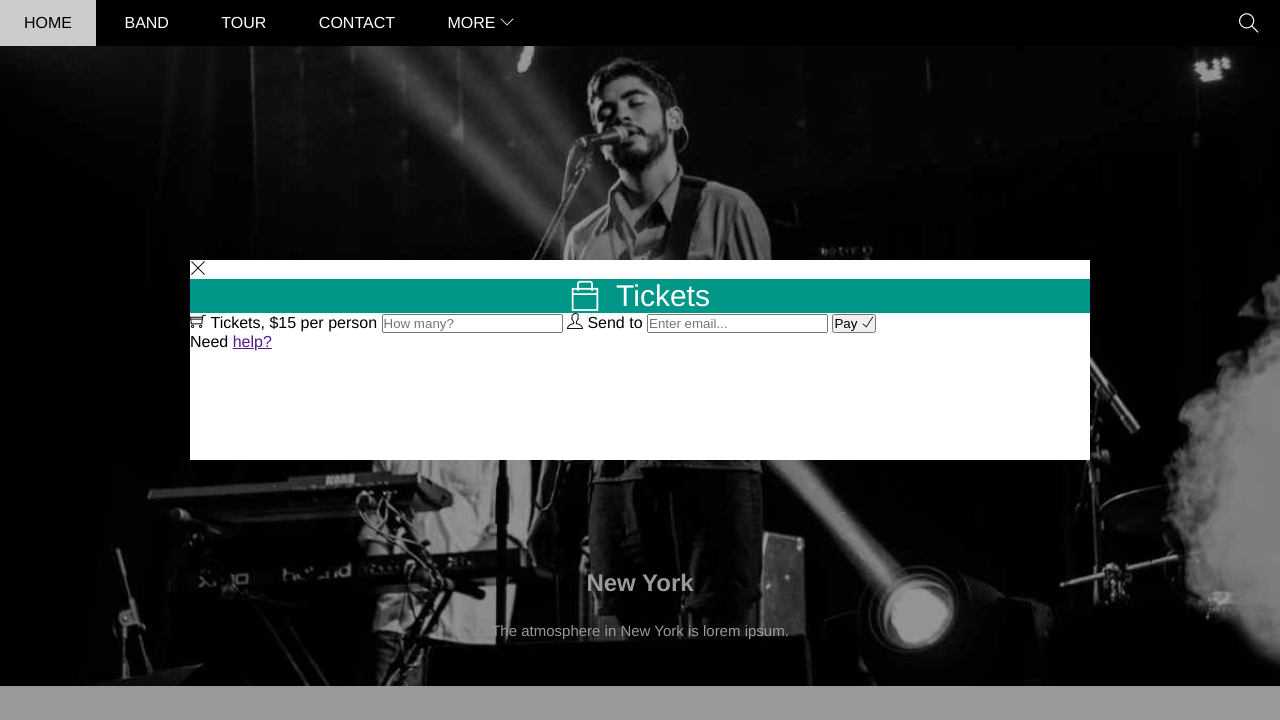
Repository: vophuocthanh/phuocthanhk03
Page: index.html
An editor plug-in stored every save of this project. The page is shown before and after the next save, followed by the edit.
The browser window is 1280 px wide. The pictures show the window.
A layer covers the whole window, so only the first screen is drawn.

Above is the page before, as saved 2022-03-25 22:09:01.

After the next save:
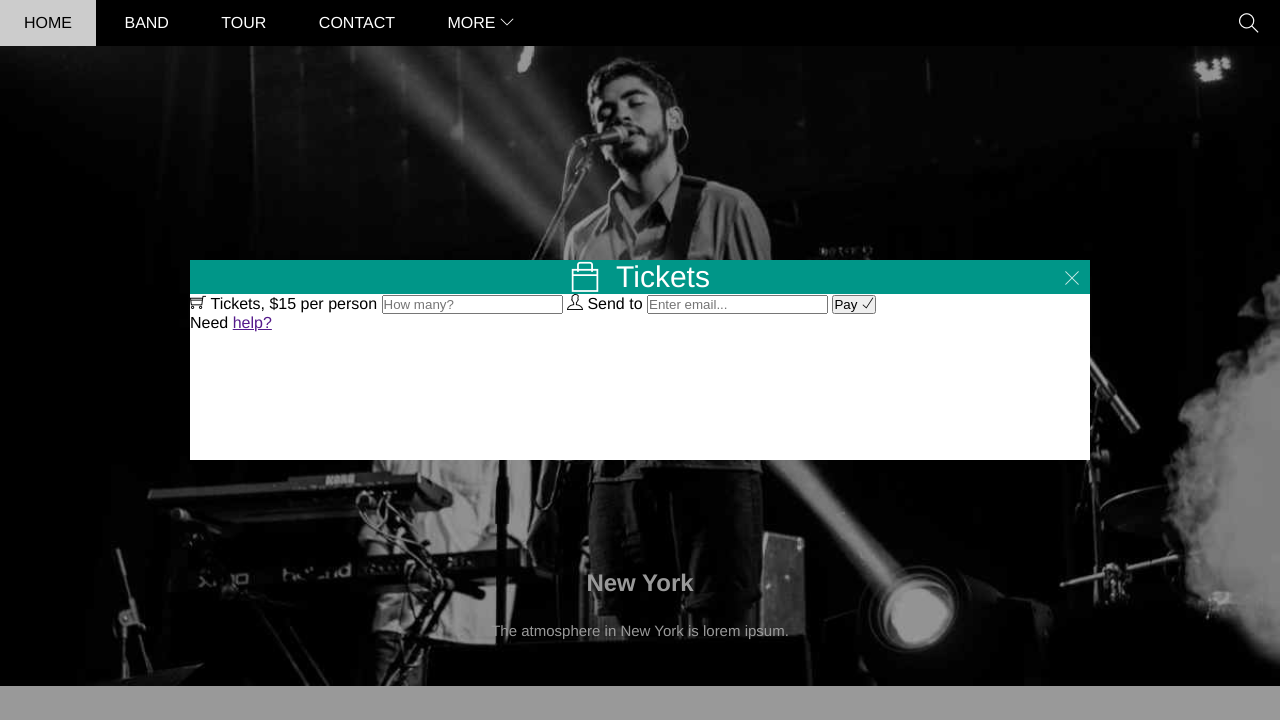
Saved 5 min 9 s later.
--- a/asset/css/style.css
+++ b/asset/css/style.css
@@ -1,4 +1,4 @@
-/*Reset*/
+    /*Reset*/
 
 * {
     padding: 0;
@@ -333,3 +333,16 @@ html {
 .modal-heading-icon {
     margin-right: 16px;
 }
+
+.modal-close:hover {
+    opacity: 1;
+}
+
+.modal-close {
+    position: absolute;
+    right: 0;
+    top: 0;
+    color: #fff;
+    padding: 10px;
+    cursor: pointer;
+    opacity: 0.8;
